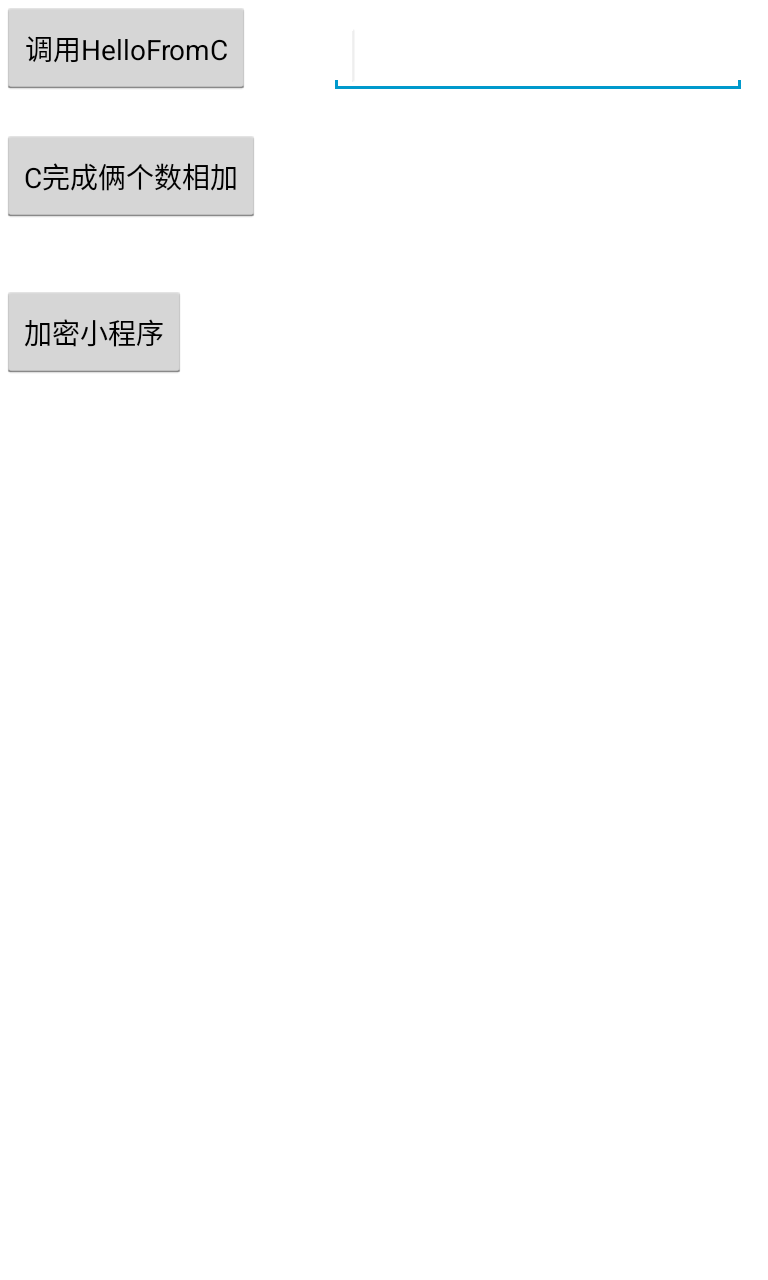
Repository: IvyZh/hm66
Layout: 黑马基础项目/res/layout/activity_jni.xml
An editor plug-in stored every save of this project. The layout is shown before and after the next save, followed by the edit.
It is drawn on a 768 x 1280 px phone screen (xhdpi) without system bars, with theme AppTheme; the app's code is not run.

Above is the layout before, as saved 2016-05-29 19:55:29.

### 黑马基础项目/res/layout/activity_jni.xml
<RelativeLayout xmlns:android="http://schemas.android.com/apk/res/android"
    xmlns:tools="http://schemas.android.com/tools"
    android:layout_width="match_parent"
    android:layout_height="match_parent"
    android:orientation="vertical" >

    <Button
        android:id="@+id/button1"
        style="?android:attr/buttonStyleSmall"
        android:layout_width="wrap_content"
        android:layout_height="wrap_content"
        android:layout_alignParentLeft="true"
        android:layout_alignParentTop="true"
        android:onClick="click1"
        android:text="调用HelloFromC" />

    <Button
        android:id="@+id/button2"
        style="?android:attr/buttonStyleSmall"
        android:layout_width="wrap_content"
        android:layout_height="wrap_content"
        android:layout_alignParentLeft="true"
        android:layout_below="@+id/button1"
        android:layout_marginTop="16dp"
        android:onClick="click2"
        android:text="C完成俩个数相加" />

    <EditText
        android:id="@+id/editText1"
        android:layout_width="wrap_content"
        android:layout_height="wrap_content"
        android:layout_alignBottom="@+id/button1"
        android:layout_marginLeft="33dp"
        android:layout_toRightOf="@+id/button2"
        android:ems="10" >

        <requestFocus />
    </EditText>

    <Button
        android:id="@+id/button3"
        style="?android:attr/buttonStyleSmall"
        android:layout_width="wrap_content"
        android:layout_height="wrap_content"
        android:layout_alignParentLeft="true"
        android:layout_below="@+id/button2"
        android:layout_marginTop="30dp"
        android:onClick="click3"
        android:text="加密小程序" />

</RelativeLayout>

Loaded but not shown: 黑马基础项目/res/values/styles.xml (common file); 黑马基础项目/res/values-v11/styles.xml (common file); 黑马基础项目/res/values-v14/styles.xml (common file)

After the next save:
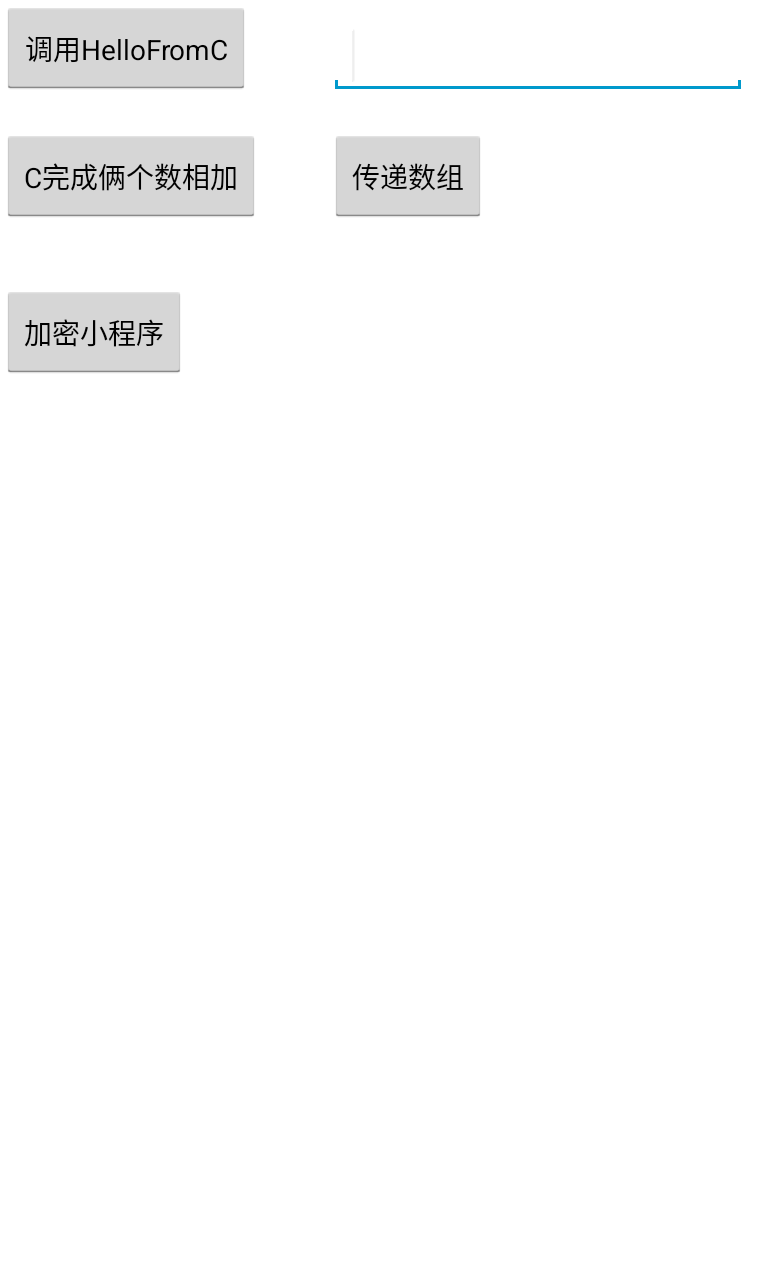
Saved 104 s later.
--- a/黑马基础项目/res/layout/activity_jni.xml
+++ b/黑马基础项目/res/layout/activity_jni.xml
@@ -48,4 +48,14 @@
         android:onClick="click3"
         android:text="加密小程序" />
 
+    <Button
+        android:id="@+id/button4"
+        style="?android:attr/buttonStyleSmall"
+        android:layout_width="wrap_content"
+        android:layout_height="wrap_content"
+        android:layout_alignBaseline="@+id/button2"
+        android:layout_alignBottom="@+id/button2"
+        android:layout_alignLeft="@+id/editText1"
+        android:text="传递数组" />
+
 </RelativeLayout>
